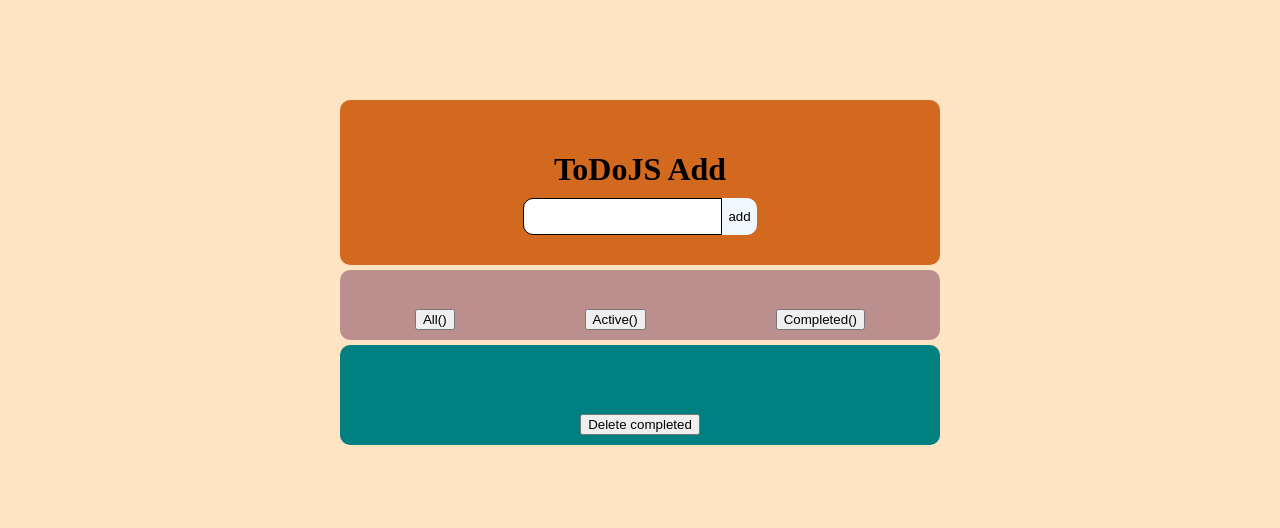
Repository: Savich01/todoTest
Page: index.html
These files come from the project's save history. The page is drawn as it stood at one moment and after the next save; the edit follows.
The browser window is 1280 px wide. The pictures show the whole page.

Above is the page before, as saved 2024-05-06 16:18:32.

### index.html
<!DOCTYPE html>
<html lang="en">
<head>
    <meta charset="UTF-8">
    <meta name="viewport" content="width=device-width, initial-scale=1.0">
    <link rel="stylesheet" href="css/style.css">
    <title>ToDO</title>
</head>
<body>
    <header class="header">
        <div class="header-block">
            <div class="header-block__sub">
                <h1 class="title">ToDoJS Add</h1>
                <form class="personal" action="#">
                    <input class="personal-input" type="text">
                    <button class="personal-btn">add</button>
                </form>
            </div>
        </div>
    </header>
     <main class="main">
        <div class="main-block">

            <div class="main-container">
                <!-- <ul class="main-container--list">
                    <li class="main-container--list-link">
                        <input class="main-checked" type="checkbox" data-action = "done">
                        <span class="main-text main-text--done">lorem</span>
                    </li>
                    <button class="main--list-btn" data-action = "delete">
                        х
                    </button>
               </ul>  -->
            </div>




            <div class="main-button">
                 <button class="main-btn1">All()</button>
                 <button class="main-btn2">Active()</button>
                 <button class="main-btn3">Completed()</button>
            </div>
            </div>
     </main>
     <footer class="footer">
        <div class="footer-block">
            <div class="footer-btn">
                <button class="btn">Delete completed</button>
            </div>
        </div>
     </footer>
        <script src="js/script.js"></script>
</body>
</html>

### css/style.css
ul,li {
    text-decoration: none;
    list-style: none;
}


/*------------HEADER-------------------------------------*/

body {
    max-width: 100%;
    background: #FFE4C4;
}
.header {
    margin-top: 100px;
    margin-bottom: 5px;
}
.header-block {
    max-width: 600px;
    margin: 0 auto;
    background: #D2691E;
    border-radius: 10px;
}
 .header-block__sub {
    display: flex;
    flex-direction: column;
    justify-content: center;
    align-items: center;
    padding: 30px 0px;
 }

 .title {
    margin-bottom: 10px;
 }

 .personal {
    display: flex;
    justify-content: center;
 }

 .personal-input{
    padding: 10px;
    border: 1px solid #000;
    border-radius: 10px 0px 0px 10px;
 }
.personal-btn {
    border: none;
    background-color: aliceblue;
    border-radius: 0px 10px 10px 0px;
    cursor: pointer;
}
/*------------------MAIN-------------------------------------*/

.main-block {
   max-width: 600px;
   margin: 0 auto;
   background: #BC8F8F;
   min-height: 70px;
   border-radius: 10px;
   display:flex;
   flex-direction: column;
   justify-content: space-between;
   margin-bottom: 5px;
}

.main-block--list{
    display: flex;
    align-items: center;
    justify-content: center;
    padding-right: 47px;
}

.main-block--list-link{
    display: flex;
    align-items: center;
}

.main-block--text{
    margin-left: 10px;
}

.checkbox-active{
    width: 20px;
    height: 17px;
}

.main-block--text{
    transform: translateY(1px);
}

.main-list{
  padding: 0px 30px;
}
.main-list--link{
  display: flex;
  align-items: center;
  justify-content: space-between;
  margin-bottom: 15px;
  padding: 10px;
  background-color: #FFE4C4;
}



























.main-button {
    padding: 10px;
    display: flex;
    align-items: flex-end;
    justify-content: space-around
}

/* .main-container {
    background: rgba(183, 231, 62, 0.699);
    border-radius: 20px;
    margin: 15px;
    /* display: none; */
/* } */

/* .main-container--list{
    background-color: #20B2AA;
    border-radius: 10px;
    margin: 25px;
    display: flex;
    align-items: center;
    justify-content: space-between;
} */

/* .main-container--list-link {
    padding: 10px;
    display: flex;
    align-items: center;
    justify-content: space-between;
} */
/* .main-checked{
    width: 20px;
    height: 16px;
    cursor: pointer;
} */
/* .main-text{
    display: inline-block;
    margin-left: 15px;
    transform: translateY(1px);
} */
/* .main--list-btn{
    min-width: 20px;
    max-width: 23px;
    background: #FFFFE0;
    align-items: center;
    margin-right: 25px;
    cursor: pointer;
    border: none;
    background: #B22222;
} */
/*--------------*/

/*--------------*/


/*------------------FOOTER--------------------------------------------------*/

.footer-block {
    max-width: 600px;
    margin: 0 auto;
    background: #008080;
    height: 100px;
    border-radius: 10px;
    display: flex;
    align-items: flex-end;
    justify-content: space-around;
}
.footer-btn {
    padding: 10px;
}

Loaded but not shown: js/script.js (no copy from this time; the picture is the same without it)

After the next save:
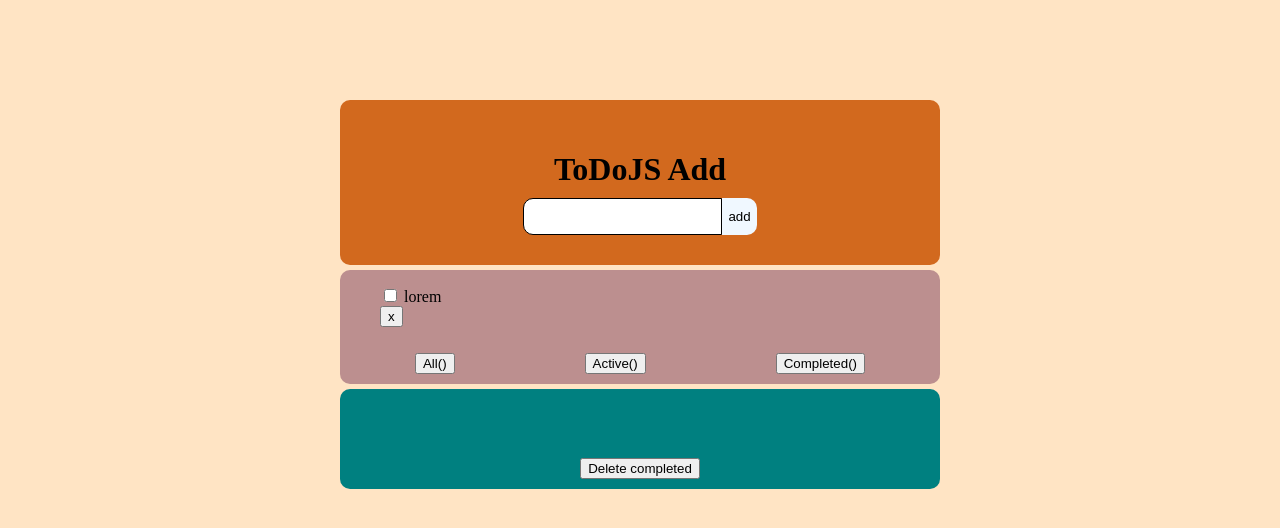
Saved 24 s later.
--- a/index.html
+++ b/index.html
@@ -22,7 +22,7 @@
         <div class="main-block">
 
             <div class="main-container">
-                <!-- <ul class="main-container--list">
+                <ul class="main-container--list">
                     <li class="main-container--list-link">
                         <input class="main-checked" type="checkbox" data-action = "done">
                         <span class="main-text main-text--done">lorem</span>
@@ -30,7 +30,7 @@
                     <button class="main--list-btn" data-action = "delete">
                         х
                     </button>
-               </ul>  -->
+               </ul>
             </div>
 
 

After the save that followed:
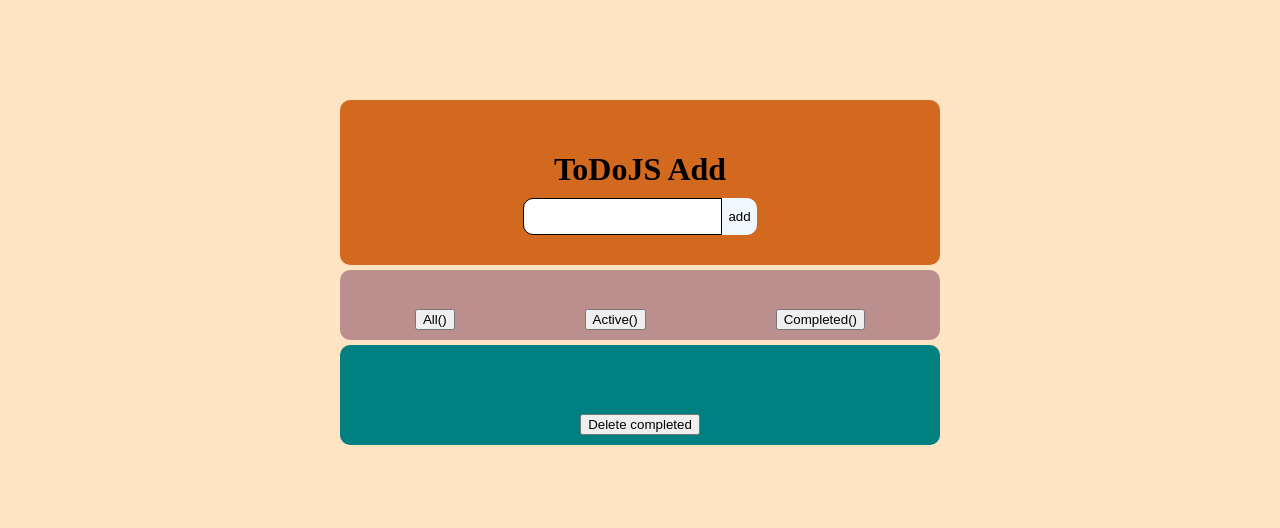
Saved 36 s later.
--- a/index.html
+++ b/index.html
@@ -22,7 +22,7 @@
         <div class="main-block">
 
             <div class="main-container">
-                <ul class="main-container--list">
+                <!-- <ul class="main-container--list">
                     <li class="main-container--list-link">
                         <input class="main-checked" type="checkbox" data-action = "done">
                         <span class="main-text main-text--done">lorem</span>
@@ -30,7 +30,7 @@
                     <button class="main--list-btn" data-action = "delete">
                         х
                     </button>
-               </ul>
+               </ul>  -->
             </div>
 
 
